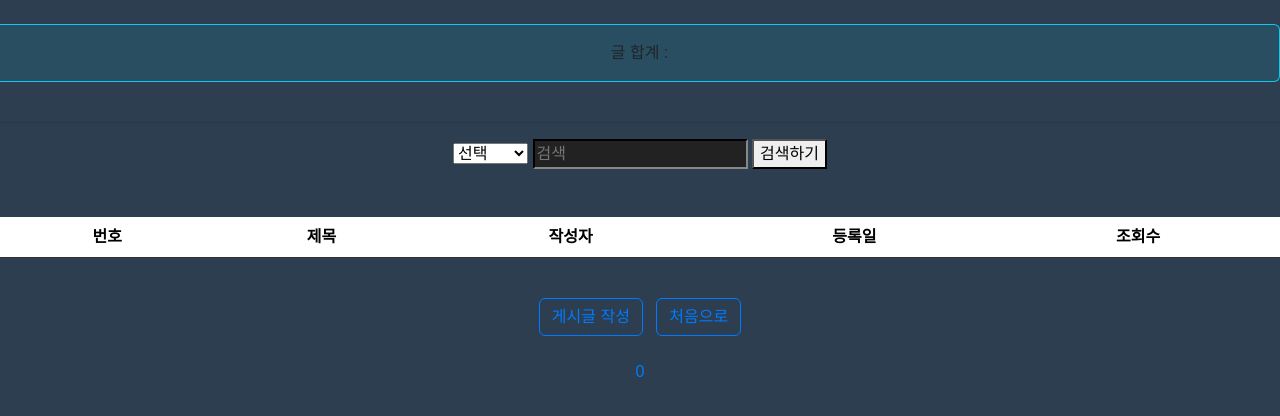
Repository: bbqju13/simai
Page: http://localhost/zip/WEB-INF/views/board/list.jsp
An editor plug-in stored every save of this project. The page is shown before and after the next save, followed by the edit.
The browser window is 1280 px wide. The pictures show the whole page.
The page is served by Tomcat 9. Nobody is signed in. Other server files are loaded and not shown. The template is opened directly, without the code that normally fills it, so the values that code supplies are empty.

Above is the page before, as saved 2023-06-20 01:04:38.

### zip/src/main/webapp/WEB-INF/views/board/list.jsp
<%@ page language="java" contentType="text/html; charset=UTF-8"
	pageEncoding="UTF-8"%>
<%@ taglib uri="http://java.sun.com/jsp/jstl/core" prefix="c"%>
<!DOCTYPE html>
<html>
<head>
<meta charset="UTF-8">
<link
	href="https://cdn.jsdelivr.net/npm/bootstrap@5.2.3/dist/css/bootstrap.min.css"
	rel="stylesheet"
	integrity="sha384-rbsA2VBKQhggwzxH7pPCaAqO46MgnOM80zW1RWuH61DGLwZJEdK2Kadq2F9CUG65"
	crossorigin="anonymous">
<script
	src="https://cdn.jsdelivr.net/npm/bootstrap@5.2.3/dist/js/bootstrap.bundle.min.js"
	integrity="sha384-kenU1KFdBIe4zVF0s0G1M5b4hcpxyD9F7jL+jjXkk+Q2h455rYXK/7HAuoJl+0I4"
	crossorigin="anonymous"></script>
<link rel="stylesheet" href="/resources/css/list.css">
<title>Board list</title>
</head>
<body class="text-center">

	<br>
	<div class="p-3 bg-info bg-opacity-10 border border-info border-start-0 rounded-end">
		<span>글 합계 : ${ph.totalCnt }</span>
	</div>
	<br>
	<hr>
	<form action="/board/list" method="get">
		<div>
			<c:set value="${ph.pgvo.type }" var="typed"></c:set>
			<select name="type">
				<option ${typed == null ? 'selected' : ''}>선택</option>
				<option value="t" ${typed eq 't' ? 'selected' : '' }>|제목|</option>
				<option value="c" ${typed eq 'c' ? 'selected' : '' }>|내용|</option>
				<option value="w" ${typed eq 'w' ? 'selected' : '' }>|작성자|</option>
			</select> <input type="text" name="keyword" placeholder="검색"> <input
				type="hidden" name="pageNo" value="${ph.pgvo.pageNo }"> <input
				type="hidden" name="qty" value="${ph.pgvo.qty }">
			<button type="submit">검색하기</button>
		</div>
	</form>
<br> <br>
	<table class="table table-striped">
		<thead>
			<tr>
				<th>번호</th>
				<th>제목</th>
				<th>작성자</th>
				<th>등록일</th>
				<th>조회수</th>
			</tr>
		</thead>
		<tbody>
			<c:forEach items="${list }" var="board">
				<tr>
					<td>${board.bno }</td>
					<td><a href="/board/detail?bno=${board.bno }">
							${board.title }</a></td>
					<td>${board.writer }</td>
					<td>${board.reg_date }</td>
					<td>${board.read_cnt }</td>
				</tr>
			</c:forEach>
		</tbody>
	</table>
	<br>
	<div class="btn-group" role="group" aria-label="Basic outlined example">
		<a href="/board/register">
			<button type="button" class="btn btn-outline-primary">게시글 작성</button>
		</a> &nbsp &nbsp <a href="/">
			<button type="button" class="btn btn-outline-primary">처음으로</button>
		</a>
	</div>
	<br> <br>
	<div>
		<c:if test="${ph.prev }">
			<a
				href="/board/list?pageNo=${ph.startPage - 1 }&qty=${ph.pgvo.qty}&type=${ph.pgvo.type}&keyword=${ph.pgvo.keyword}">◀
				| </a>
		</c:if>

		<c:forEach begin="${ph.startPage }" end="${ph.endPage }" var="i">
			<a
				href="/board/list?pageNo=${i }&qty=${ph.pgvo.qty}&type=${ph.pgvo.type}&keyword=${ph.pgvo.keyword}">
				${i } </a>
		</c:forEach>


		<c:if test="${ph.next }">
			<a
				href="/board/list?pageNo=${ph.endPage + 1 }&qty=${ph.pgvo.qty}&type=${ph.pgvo.type}&keyword=${ph.pgvo.keyword}">
				| ▶</a>
		</c:if>
	</div>
</body>
</html>

### zip/src/main/webapp/resources/css/list.css
@charset "UTF-8";

body {
	background-color: #2c3e50;
	font-family: Arial, sans-serif;
	margin: 0;
	padding: 0;
	box-sizing: border-box;
}

.container {
	max-width: 960px;
	margin: 0 auto;
	padding: 20px;
}

.table {
	background-color: #fff;
	border-color: #333;
	transition: all 0.3s ease;
	color: black;
}

.table:hover {
	transform: scale(1.01);
	box-shadow: 0px 0px 10px rgba(0, 123, 255, 0.7);
}

.table thead th {
	color: black;

}

.table tbody tr td, .table tbody tr th {
	color: black;
}

.btn-outline-primary {
	border-color: #007bff;
	color: #007bff;
	background-color: transparent;
	transition: all 0.3s ease;
}

.btn-outline-primary:hover {
	background-color: #007bff;
	color: #fff;
	box-shadow: 0px 0px 10px rgba(255, 255, 255, 0.7);
}

a, a:hover {
	color: #007bff;
	text-decoration: none;
}

input[type="text"], select.form-select {
	background-color: #222;
	color: black;
	border-color: #333;
}

After the next save:
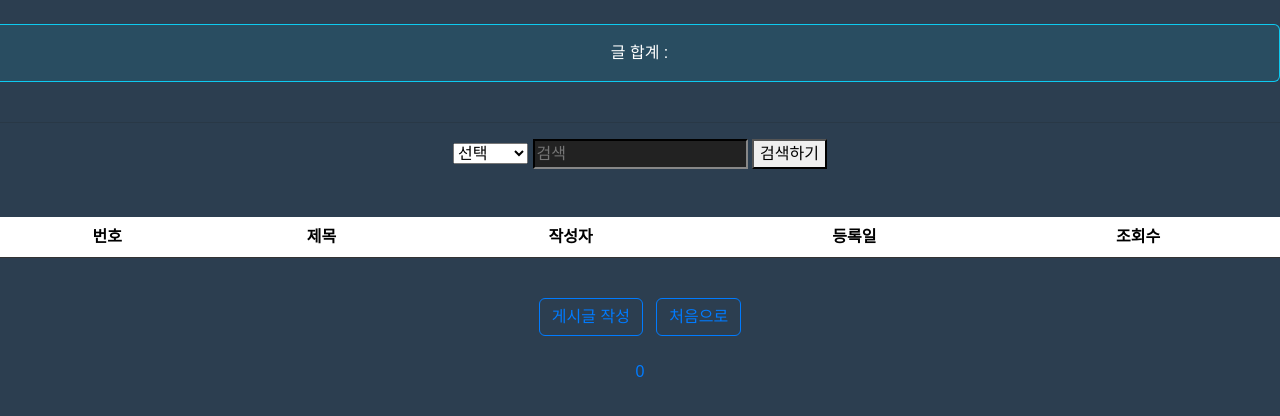
Saved 21 s later.
--- a/zip/src/main/webapp/resources/css/list.css
+++ b/zip/src/main/webapp/resources/css/list.css
@@ -6,6 +6,10 @@ body {
 	margin: 0;
 	padding: 0;
 	box-sizing: border-box;
+}
+
+span{
+	color: white;
 }
 
 .container {
